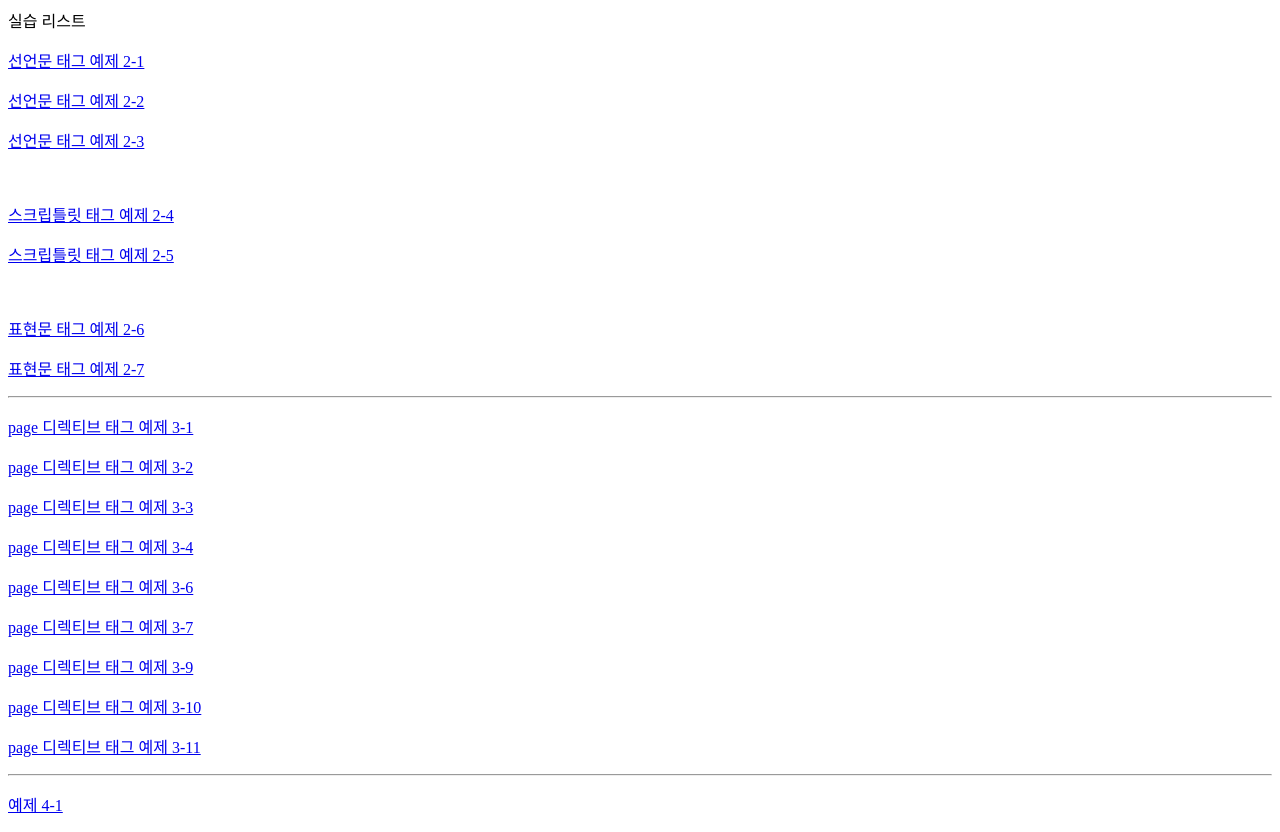
Repository: man332414/myJspStudy
Page: http://localhost/jspbook/
An editor plug-in stored every save of this project. The page is shown before and after the next save, followed by the edit.
The browser window is 1280 px wide. The pictures show the whole page.
The page is served by Tomcat 10. Nobody is signed in. The application's start-up code is not run. Other server files are loaded and not shown.

Above is the page before, as saved 2024-10-10 00:51:12.

### jspbook/src/main/webapp/index.jsp
<%@ page language="java" contentType="text/html; charset=UTF-8"
    pageEncoding="UTF-8"%>
<!DOCTYPE html>
<html>
<head>
<meta charset="UTF-8">
<title>어서와 집이야</title>
</head>
<body>
	실습 리스트
	<p><a href = "2_1"> 선언문 태그 예제 2-1</a></p>
	<p><a href = "2_2"> 선언문 태그 예제 2-2</a></p>
	<p><a href = "2_3"> 선언문 태그 예제 2-3</a></p>
	<br>
	<p><a href = "2_4"> 스크립틀릿 태그 예제 2-4</a></p>
	<p><a href = "2_5"> 스크립틀릿 태그 예제 2-5</a></p>
	<br>
	<p><a href = "2_6"> 표현문 태그 예제 2-6</a></p>
	<p><a href = "2_7"> 표현문 태그 예제 2-7</a></p>
	<hr>
	<p><a href = "3_1"> page 디렉티브 태그 예제 3-1</a></p>
	<p><a href = "3_2"> page 디렉티브 태그 예제 3-2</a></p>
	<p><a href = "3_3"> page 디렉티브 태그 예제 3-3</a></p>
	<p><a href = "3_4"> page 디렉티브 태그 예제 3-4</a></p>
	<p><a href = "3_6"> page 디렉티브 태그 예제 3-6</a></p>
	<p><a href = "3_7"> page 디렉티브 태그 예제 3-7</a></p>
	<p><a href = "3_9"> page 디렉티브 태그 예제 3-9</a></p>
	<p><a href = "3_10"> page 디렉티브 태그 예제 3-10</a></p>
	<p><a href = "3_11"> page 디렉티브 태그 예제 3-11</a></p>
	<hr>
	<p><a href = "4_1">예제 4-1</a></p>


</body>
</html>

After the next save:
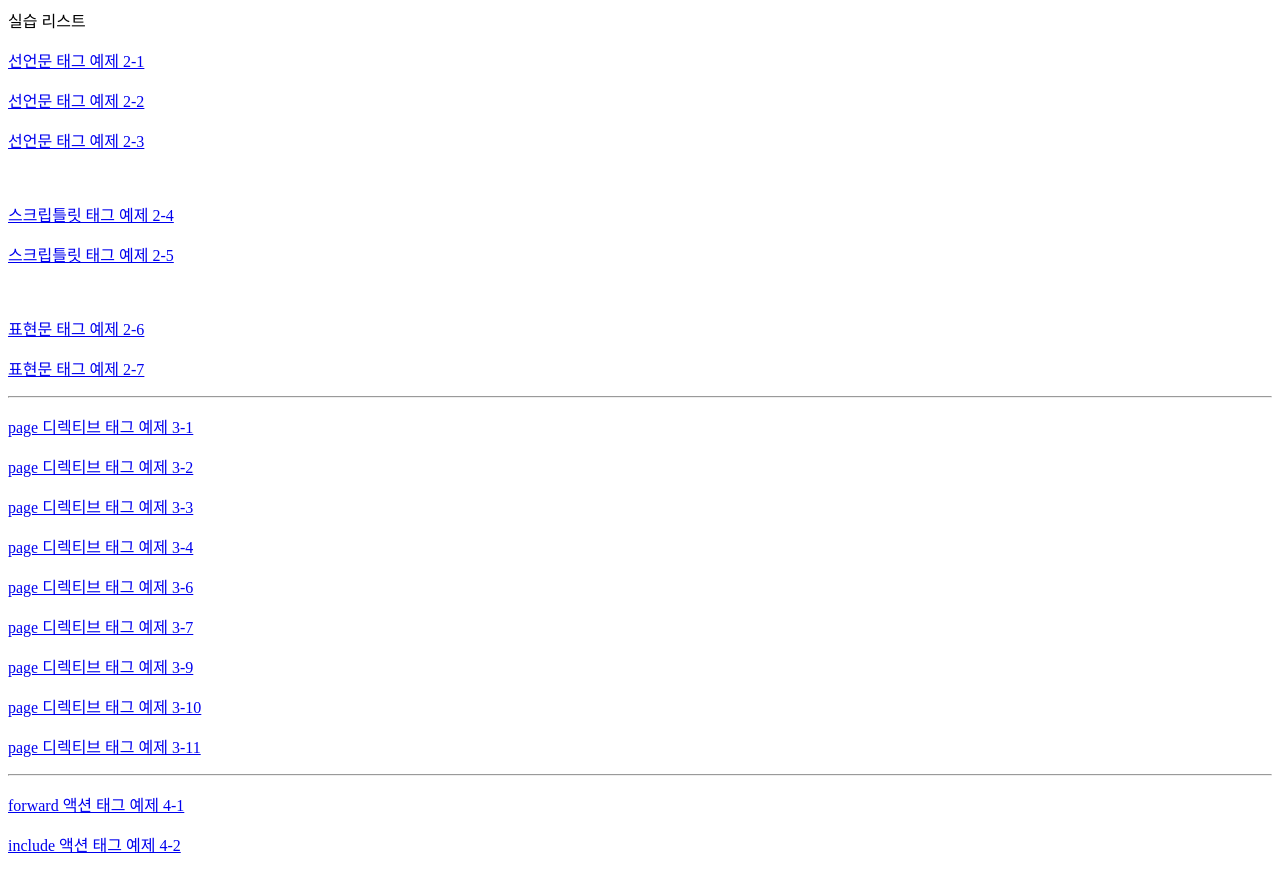
Saved 53 min 53 s later.
--- a/jspbook/src/main/webapp/index.jsp
+++ b/jspbook/src/main/webapp/index.jsp
@@ -28,7 +28,8 @@
 	<p><a href = "3_10"> page 디렉티브 태그 예제 3-10</a></p>
 	<p><a href = "3_11"> page 디렉티브 태그 예제 3-11</a></p>
 	<hr>
-	<p><a href = "4_1">예제 4-1</a></p>
+	<p><a href = "4_1"> forward 액션 태그 예제 4-1</a></p>
+	<p><a href = "4_2"> include 액션 태그 예제 4-2</a></p>
 
 
 </body>
